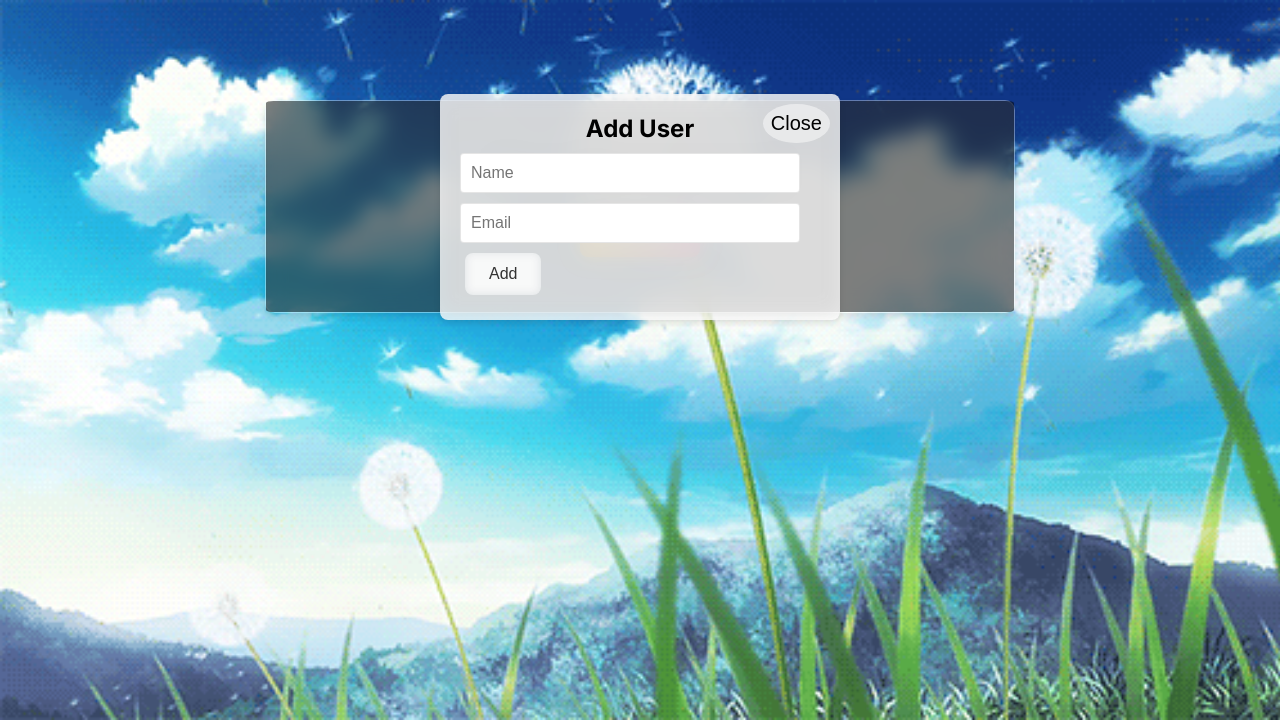
Repository: EeeeeEyyyy/crud-proj
Page: /, after clicking the first element matching `button.glassButton-add`
An editor plug-in stored every save of this project. The page is shown before and after the next save, followed by the edit.
The browser window is 1280 px wide. The pictures show the whole page.
The page's requests for data from a server got no answer. The project was rebuilt for these pictures with package versions that can differ from the ones it lists, and the page was loaded fresh each time. The framework's server and built-in components were replaced by stand-ins that run in the browser. No one was signed in, and anything a server would have sent is missing. Also part of the build but not shown: next.config.mjs.

Above is the page before, as saved 2024-06-25 08:57:00.

After the next save:
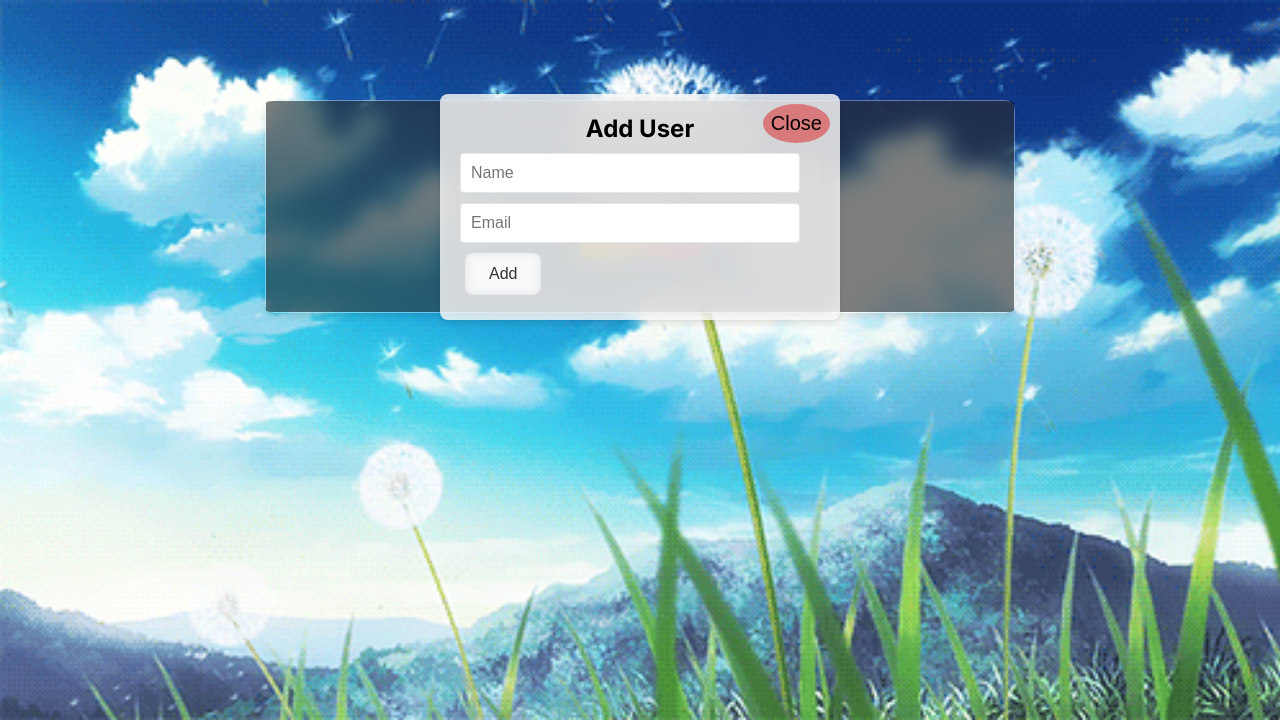
Saved 62 s later.
--- a/src/app/globals.css
+++ b/src/app/globals.css
@@ -407,7 +407,7 @@ h1 {
   position: fixed;
 }
 .closeButton {
-  background: rgba(255, 255, 255, 0.5);
+  background: rgba(224, 35, 35, 0.5);
   padding: 8px;
   border-radius: 50%;
   border: none;
